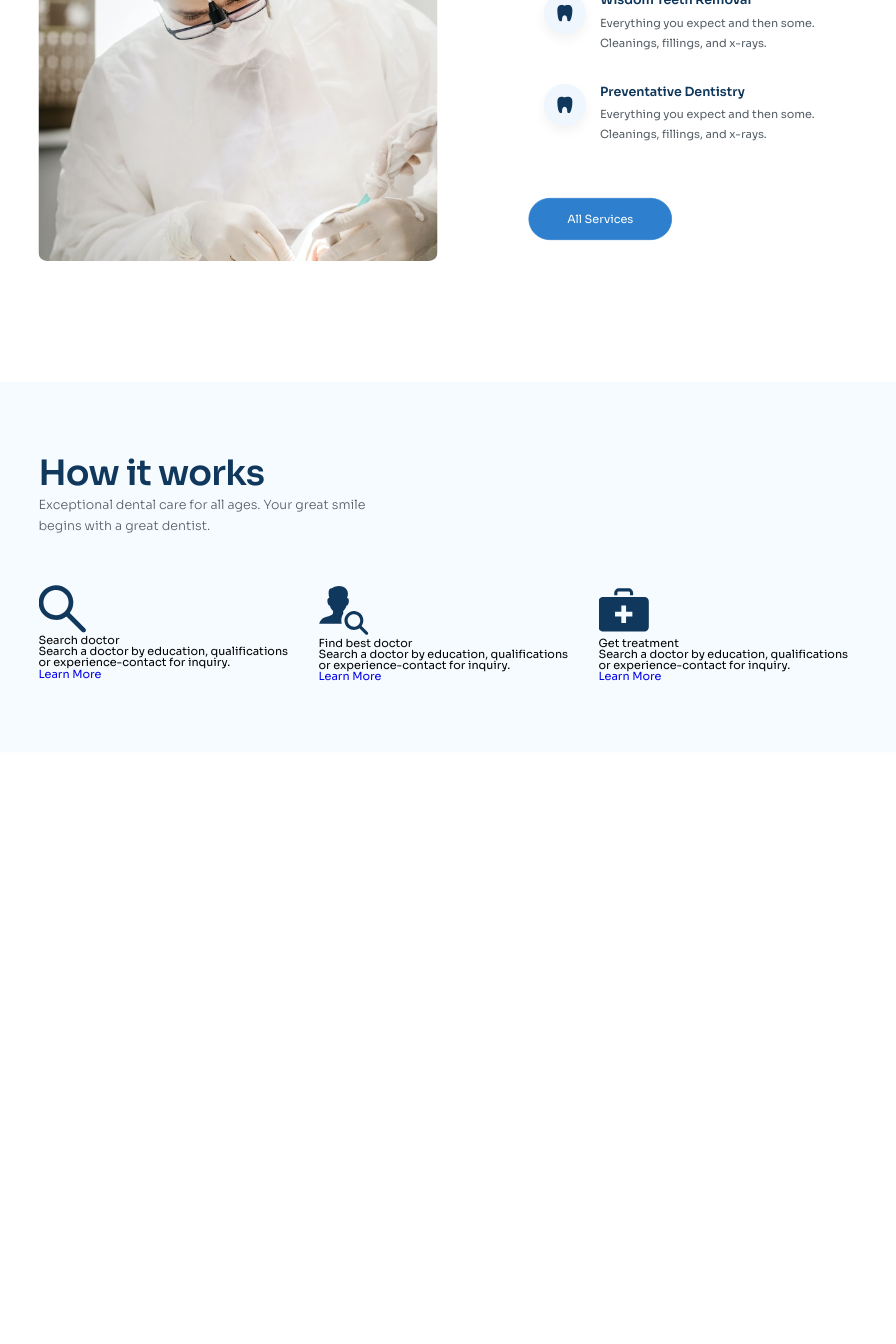
Repository: Tran-Dat/F8_Project_03
Page: index.html
The author's editor kept a copy of each file at every save. The page is drawn from the files as they stood at one save, then again after the next save.
The browser window is 1280 px wide. The pictures show the part of the page from y = 1357 to 3277 px (the page is 3800 px tall), at 70% of full size.

Above is the page before, as saved 2023-04-03 15:47:23.

After the next save:
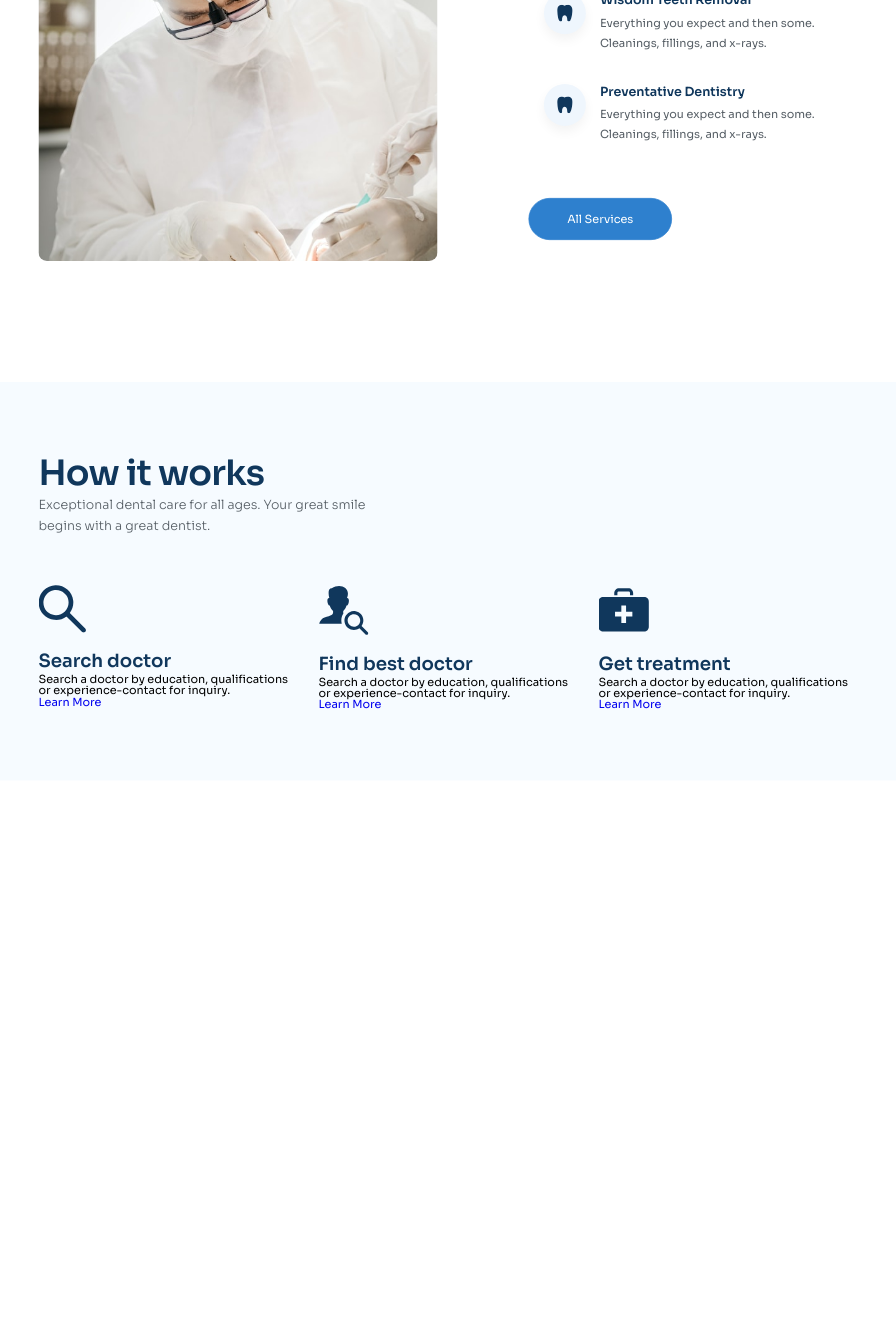
Saved 63 s later.
--- a/assets/css/style.css
+++ b/assets/css/style.css
@@ -345,3 +345,11 @@ a {
     column-gap: 30px;
     margin-top: 70px;
 }
+
+.work-item__heading {
+    margin-top: 20px;
+    font-weight: 600;
+    font-size: 2.6rem;
+    line-height: 1.38;
+    color: #10375c;
+}
